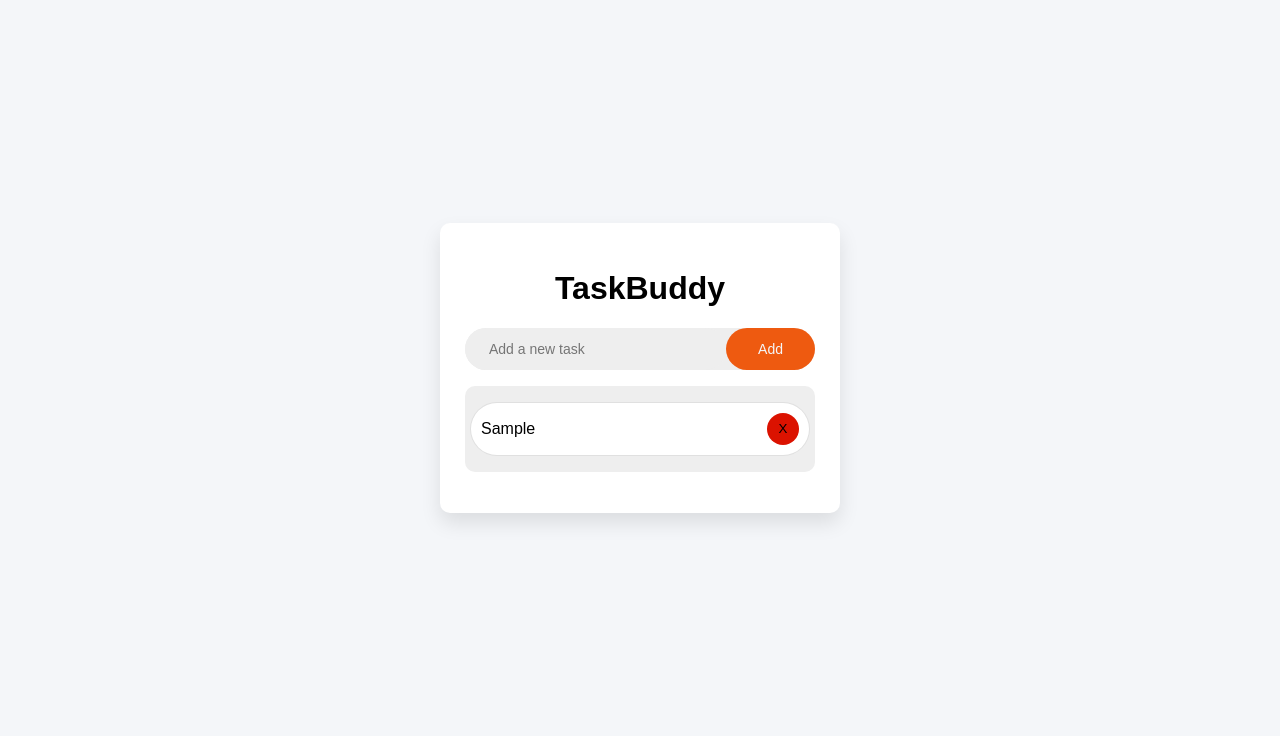
Repository: yogeshnandwani/taskbuddy-todo
Page: index.html
The author's editor kept a copy of each file at every save. The page is drawn from the files as they stood at one save, then again after a run of saves.
The browser window is 1280 px wide. The pictures show the whole page.
Empty fields were first filled with sample values (such as "Sample", 5 or name@example.com).
After loading, the first visible `#addBtn` was clicked once.

Above is the page before, as saved 2026-03-16 18:09:16.

### index.html
<!DOCTYPE html>
<html lang="en">
<head>
<meta charset="UTF-8">
<title>TaskBuddy</title>
<link rel="stylesheet" href="css/style.css">
</head>

<body>

<div class="app">

<h1>TaskBuddy</h1>

<div class="task-input">
<input type="text" id="taskInput" placeholder="Add a new task">
<button id="addBtn">Add</button>
</div>

<ul id="taskList"></ul>

</div>

<script src="js/script.js"></script>

</body>
</html>

### css/style.css
body{
    font-family: Arial, sans-serif;
    background:#f4f6f9;
    display:flex;
    justify-content:center;
    align-items:center;
    height:100vh;
}

.app{
    background:white;
    padding:25px;
    border-radius:10px;
    width:350px;
    box-shadow:0 10px 20px rgba(0,0,0,0.1);
}

h1{
    text-align:center;
}

.task-input{
    display:flex;
    border-radius: 50px;
    background-color: #eee;
}

input{
    flex:1;
    padding:8px;
    border: none;
    border-radius: 50px;
    padding: 0.8rem 1.5rem;
    background-color: #eee;
    font-size: 14px;
}

input:focus{
    outline: none;
}

#addBtn{
    padding:0.8rem 2rem;
    border: none;
    border-radius: 50px;
    background-color: #ee5a10;
    color: #f4f6f9;
    cursor:pointer;
    font-size: 14px;
}

ul{
    background-color: #eee;
    border-radius: 10px;
    display: flex;
    padding: 1rem;
    gap: 10px;
    flex-direction: column;
    justify-content: center;
    align-items: center;
}

li{
    background:#fff;
    display: flex;
    align-items: center;
    padding: 10px;
    justify-content: space-between;
    border: 1px solid #0000001f;
    border-radius: 50px;
    width: 100%;
    display:flex;
    justify-content:space-between;
}

li .delete{
    width: 2rem;
    height: 2rem;
    border: none;
    border-radius: 1rem;
    background-color: #db1200;
}

### js/script.js
const input = document.getElementById("taskInput")
const addBtn = document.getElementById("addBtn")
const list = document.getElementById("taskList")

addBtn.addEventListener("click", addTask)

function addTask(){
    const taskText = input.value.trim()

    if(taskText === "") return

    const li = document.createElement("li")

    li.innerHTML = `
    <span>${taskText}</span>
    <button class="delete">X</button>
    `

    list.appendChild(li)

    input.value=""
}

After the next 6 saves:
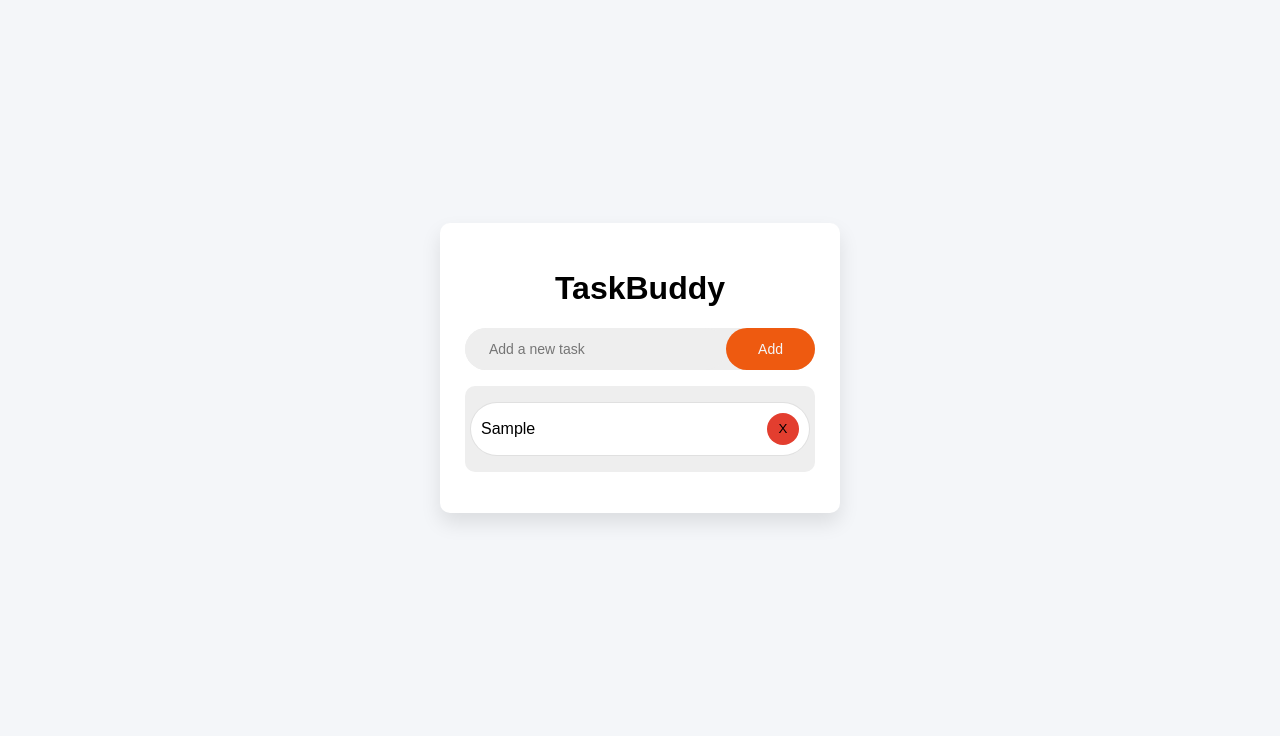
The 6 saves are shown as one change because they came seconds apart.
The last was saved 13 s later.
--- a/css/style.css
+++ b/css/style.css
@@ -78,5 +78,5 @@ li .delete{
     height: 2rem;
     border: none;
     border-radius: 1rem;
-    background-color: #db1200;
+    background-color: #e33e2f;
 }
